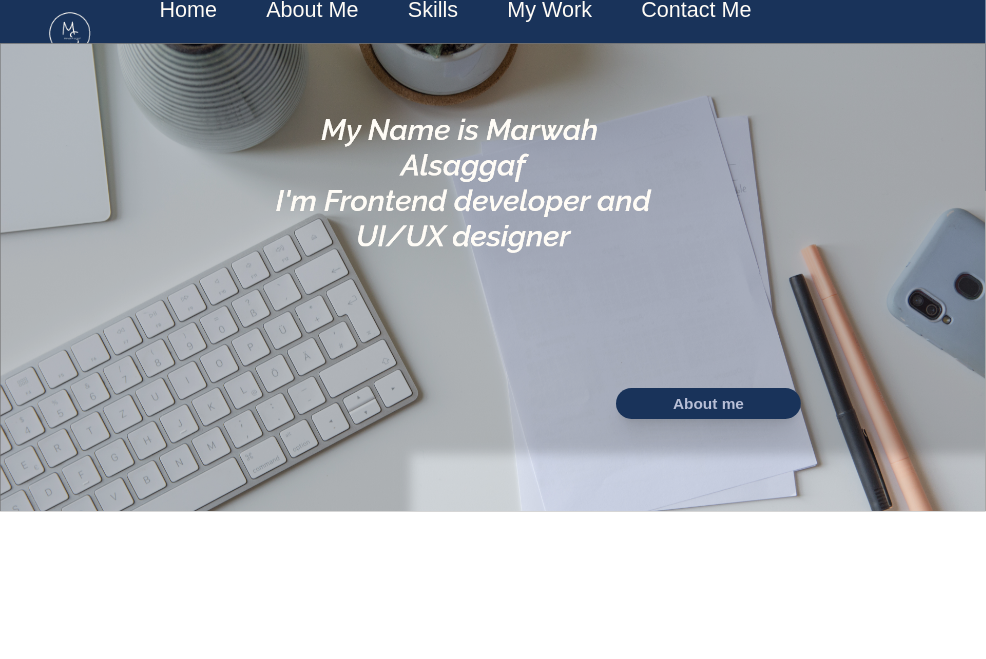
Repository: MEROO1010/my_portfolio
Page: /
An editor plug-in stored every save of this project. The page is shown before and after the next save, followed by the edit.
The browser window is 1280 px wide. The pictures show the whole page, at 77% of full size.
The project was rebuilt for these pictures with package versions that can differ from the ones it lists, and the page was loaded fresh each time. The framework's server and built-in components were replaced by stand-ins that run in the browser. Also part of the build but not shown: next.config.js.

Above is the page before, as saved 2023-03-10 02:01:57.

After the next save:
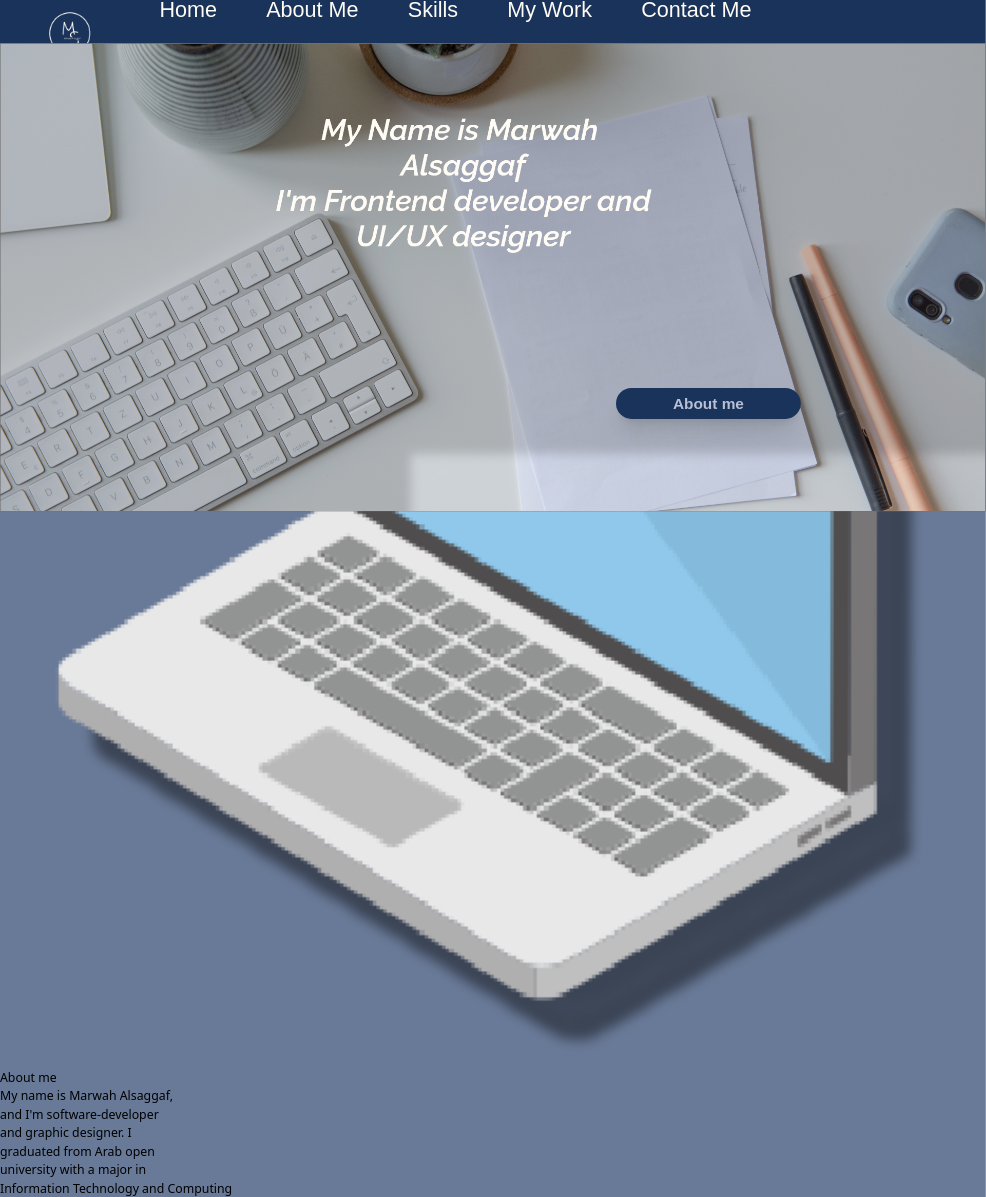
Saved 50 s later.
--- a/pages/components/AboutMe.tsx
+++ b/pages/components/AboutMe.tsx
@@ -5,9 +5,9 @@
 const AboutMe = () => {
   return (
     <div className="bg-[#697A98]">
-        <div>
-        {/*<Image src="/assets/images/laptop-screen.png" alt="laptop" width={2400} height={0}/>*/}
-        </div>
+
+        <Image src="/assets/images/laptop-screen.png" alt="laptop" width={2400} height={0}/>
+
 
         <div>
             <h1>About me</h1>

After the save that followed:
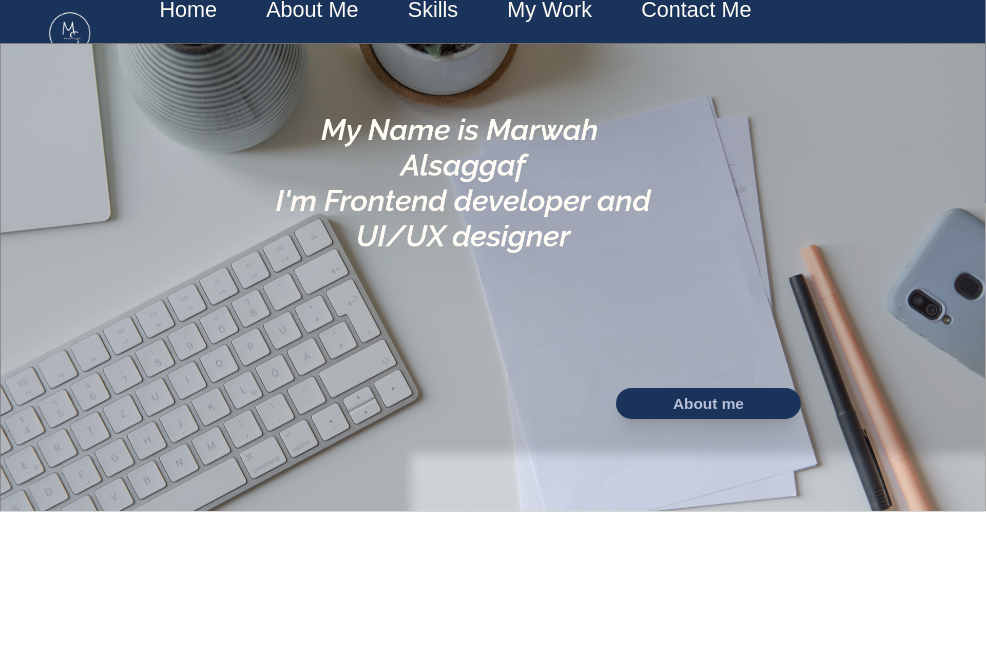
Saved 47 s later.
--- a/pages/components/AboutMe.tsx
+++ b/pages/components/AboutMe.tsx
@@ -6,7 +6,9 @@
   return (
     <div className="bg-[#697A98]">
 
+        <div className="w-4">
         <Image src="/assets/images/laptop-screen.png" alt="laptop" width={2400} height={0}/>
+        </div>
 
 
         <div>
